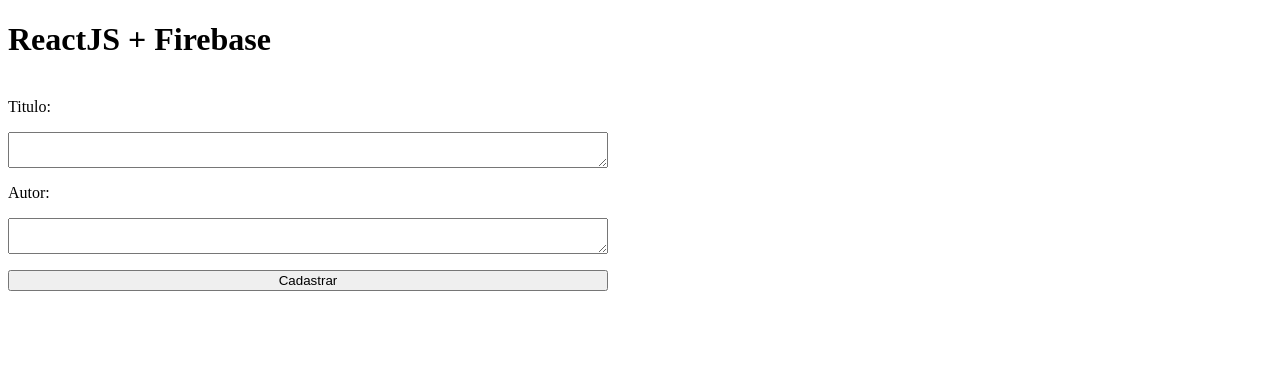
Repository: joaoaspimienta/Estudos-de-firebase
Page: /
The author's editor kept a copy of each file at every save. The page is drawn from the files as they stood at one save, then again after the next save.
The browser window is 1280 px wide. The pictures show the whole page.
The project was rebuilt for these pictures with package versions that can differ from the ones it lists, and the page was loaded fresh each time.

Above is the page before, as saved 2022-04-27 22:13:33.

After the next save:
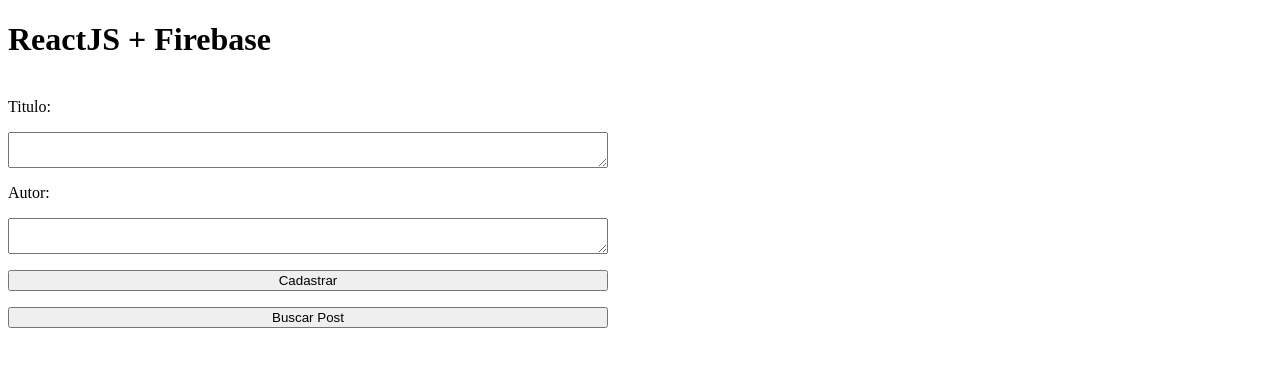
Saved 4 min 13 s later.
--- a/src/App.js
+++ b/src/App.js
@@ -23,6 +23,10 @@
     })
   }
 
+  async function buscaPost(){
+
+  }
+
   return (
     <div>
       <h1>ReactJS + Firebase</h1><br/>
@@ -36,6 +40,7 @@
       <textarea type='text' value={autor} onChange={(e)=>setAutor(e.target.value)}/>
 
       <button onClick={ handleAdd }>Cadastrar</button>
+      <button onClick={ buscaPost }>Buscar Post</button>
 
       </div>
     </div>
